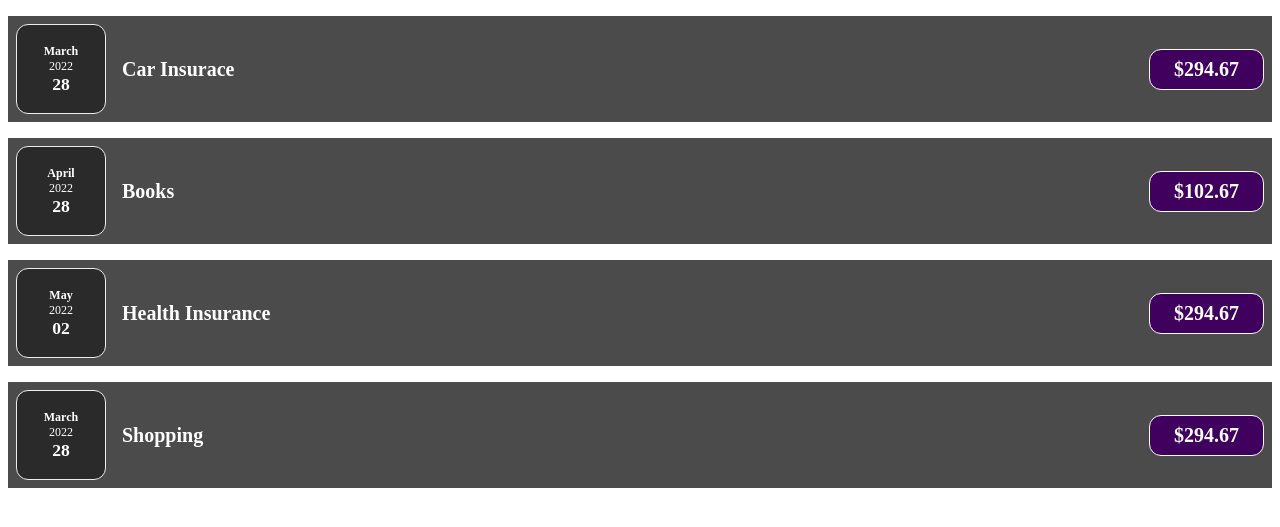
Repository: AbrorjonKuchkarov/expence-tracker-react
Page: /
The author's editor kept a copy of each file at every save. The page is drawn from the files as they stood at one save, then again after the next save.
The browser window is 1280 px wide. The pictures show the whole page.
The project was rebuilt for these pictures with package versions that can differ from the ones it lists, and the page was loaded fresh each time. Also part of the build but not shown: src/App.css.

Above is the page before, as saved 2022-04-13 16:17:41.

### src/App.js
import "./App.css";
import ExpenseItem from "./components/ExpenseItem";

function App() {
  const expenses = [
    {
      id: "01",
      title: "Car Insurace",
      amount: 294.67,
      date: new Date(2022, 2, 28),
    },
    {
      id: "02",
      title: "Books",
      amount: 102.67,
      date: new Date(2022, 3, 28),
    },
    {
      id: "03",
      title: "Health Insurance",
      amount: 294.67,
      date: new Date(2022, 4, 2),
    },
    {
      id: "04",
      title: "Shopping",
      amount: 294.67,
      date: new Date(2022, 2, 28),
    },
  ];
  return (
    <div>
      <ExpenseItem
        title={expenses[0].title}
        amount={expenses[0].amount}
        date={expenses[0].date}
      ></ExpenseItem>
      <ExpenseItem
        title={expenses[1].title}
        amount={expenses[1].amount}
        date={expenses[1].date}
      ></ExpenseItem>
      <ExpenseItem
        title={expenses[2].title}
        amount={expenses[2].amount}
        date={expenses[2].date}
      ></ExpenseItem>
      <ExpenseItem
        title={expenses[3].title}
        amount={expenses[3].amount}
        date={expenses[3].date}
      ></ExpenseItem>
    </div>
  );
}

export default App;

### src/components/ExpenseItem.js
import React from "react";
import "./ExpenseItem.css";
import ExpenseDate from "./ExpenseDate";

const ExpenseItem = (props) => {
  return (
    <div className="expense-item">
      <ExpenseDate date={props.date} />
      <div className="expense-item__description">
        <h2>{props.title}</h2>
        <div className="expense-item__price">${props.amount}</div>
      </div>
    </div>
  );
};

export default ExpenseItem;

### src/components/ExpenseItem.css
.expense-item{
   display: flex;
   justify-content: space-between;
   align-items: center;
   box-shadow: 0, 2px, 8px rgba(0,0,0,0.25);
   padding: 0.5rem;
   margin: 1rem 0;
   background-color: #4b4b4b;
}

.expense-item__description{
   display: flex;
   flex-direction: column;
   gap: 1rem;
   align-items: flex-end;
   flex-flow: column-reverse;
   justify-content: flex-start;
   flex: 1;
}

.expense-item h2{
   color: #3a3a3a;
   font-size: 1rem;
   flex: 1;
   margin: 0 1rem;
   color: white;
}

.expense-item__price {
   font-size: 1rem;
   font-weight: bold;
   color: white;
   background-color: #40005d;
   border: 1px solid white;
   padding: 0.5rem;
   border-radius: 12px;
}

@media (min-width: 580px){
   .expense-item__description{
      flex-direction: row;
      align-items: center;
      justify-content: flex-start;
      flex: 1;
   }

   .expense-item__description h2 {
      font-size: 1.25rem;
   }

   .expense-item__price {
      font-size: 1.25rem;
      padding: 0.5rem 1.5rem;
   }
}

### src/components/ExpenseDate.css
.expense-date {
   display: flex;
   flex-direction: column;
   width: 5.5rem;
   height: 5.5rem;
   border: 1px solid #ececec;
   background: #2a2a2a;
   color: white;
   border-radius: 12px;
   align-items: center;
   justify-content: center;
}

.expense-date__month {
   font-size: 0.75rem;
   font-weight: bold;
}

.expense-date__year {
   font-size: 0.75rem;
}

.expense-date__day {
   font-size: 1.10rem;
   font-weight: bold;
}

Loaded but not shown: public/index.html (common file); src/index.js (common file); src/components/ExpenseDate.js (common file)

After the next save:
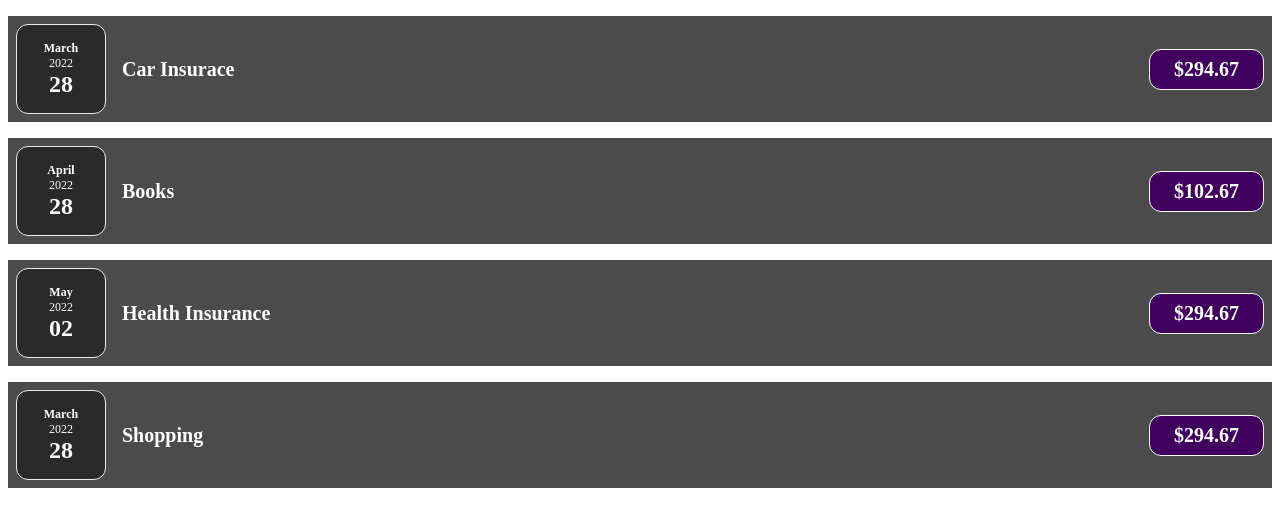
Saved 15 s later.
--- a/src/components/ExpenseDate.css
+++ b/src/components/ExpenseDate.css
@@ -21,6 +21,6 @@
 }
 
 .expense-date__day {
-   font-size: 1.10rem;
+   font-size: 1.5rem;
    font-weight: bold;
 }
